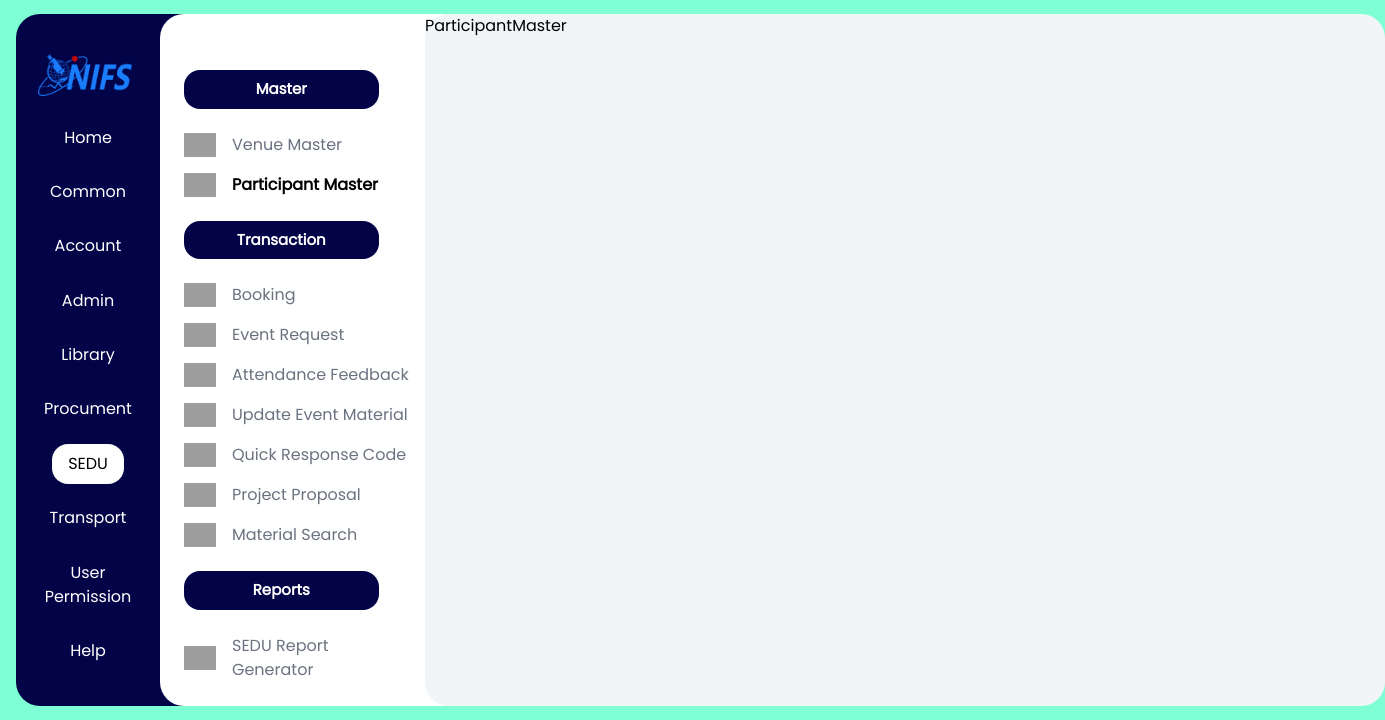
Repository: virangaj/NIFS-WebApp
Page: /sedu/participant-master (app in client/)
These files come from the project's save history. The page is drawn as it stood at one moment and after the next save; the edit follows.
The browser window is 1280 px wide. The page is 1385 px wide, so the pictures cover 1385 px, including what lies to the right of the window. The pictures show the whole page.
Pictures or frames that could not be fetched are drawn as grey boxes. The project was rebuilt for these pictures with package versions that can differ from the ones it lists, and the page was loaded fresh each time. Also part of the build but not shown: client/src/pages/Login.tsx, client/src/pages/Home.tsx, client/src/components/Transport/shared/TransportNavbar.js, client/src/pages/TransportMainPage.tsx, client/src/pages/CommonMainPage.tsx, client/src/pages/AccountMainPage.tsx, client/src/pages/AdminMainPage.tsx, client/src/pages/LibraryMainPage.js and 14 more.

Above is the page before, as saved 2022-07-31 00:21:20.

### client/public/index.html
<!DOCTYPE html>
<html lang="en">
	<head>
		<meta charset="utf-8" />
		<link rel="icon" href="nifs_logo.png" />
		<meta name="viewport" content="width=device-width, initial-scale=1" />
		<meta name="theme-color" content="#000000" />
		<meta
			name="description"
			content="Web site created using create-react-app"
		/>
		<link rel="apple-touch-icon" href="%PUBLIC_URL%/logo192.png" />
		<!--
      manifest.json provides metadata used when your web app is installed on a
      user's mobile device or desktop. See https://developers.google.com/web/fundamentals/web-app-manifest/
    -->
		<link rel="manifest" href="%PUBLIC_URL%/manifest.json" />
		<!--
      Notice the use of %PUBLIC_URL% in the tags above.
      It will be replaced with the URL of the `public` folder during the build.
      Only files inside the `public` folder can be referenced from the HTML.

      Unlike "/favicon.ico" or "favicon.ico", "%PUBLIC_URL%/favicon.ico" will
      work correctly both with client-side routing and a non-root public URL.
      Learn how to configure a non-root public URL by running `npm run build`.
    -->
		<link
			href="https://fonts.googleapis.com/css?family=Poppins"
			rel="stylesheet"
		/>
		<title>NIFS Dashboard</title>
	</head>
	<body>
		<noscript>You need to enable JavaScript to run this app.</noscript>
		<div id="root"></div>
		<!--
      This HTML file is a template.
      If you open it directly in the browser, you will see an empty page.

      You can add webfonts, meta tags, or analytics to this file.
      The build step will place the bundled scripts into the <body> tag.

      To begin the development, run `npm start` or `yarn start`.
      To create a production bundle, use `npm run build` or `yarn build`.
    -->
	</body>
</html>

### client/src/index.css
@tailwind base;
@tailwind components;
@tailwind utilities;

* {
  margin: 0;
}

body {
  font-family: 'Poppins';
  -webkit-font-smoothing: antialiased;
  -moz-osx-font-smoothing: grayscale;
  background-color: #dfe7ee;

}

::-webkit-scrollbar {
  display: none;
}


:root {
  --main-navbar-back: #030347;
  --nav-title-section-back: rgba(47, 163, 72, 0.589);
  --white: #fff;
  --black: #000;
  --gray: rgba(68, 68, 68, 0.432);
  --border-radius: 10px;
  --pimary: rgb(10, 94, 133);
  --warning: #ed3d63;
  --secondary-nav-color: rgb(255, 255, 255);
  --body-content-bg: #f2f5f8;
}


.nav-logo {
  width: 100px;
  height: auto;
  margin-bottom: 2vh;
}

a {
  text-decoration: none;
}



/* main navbar */
.main-nav-bg {
  background-color: var(--main-navbar-back) !important;
}

.main-navbar {
  background-color: var(--main-navbar-back) !important;
  width: 100% !important;
  height: 80px !important;

}

/* secondary navbar */

.sec-nav-bg {
  background-color: var(--secondary-nav-color);
}

.secondary-navbar {
  margin: auto;
}

.nav-flex-section {
  display: -webkit-flex;
  display: -ms-flexbox;
  display: flex;
  -webkit-flex-wrap: wrap;
  -ms-flex-wrap: wrap;
  flex-wrap: wrap;
  justify-content: center;
}

.nav-flex-inside {
  margin-left: 5px;
  margin-left: 5px;
}

.nav-title {
  font-size: 15px;
  text-align: center;
  color: var(--white);
  font-weight: 600;

}

.nav-title-section {
  /* border-radius: var(--border-radius);
  background-color: var(--nav-title-section-back);
  box-shadow: rgba(100, 100, 111, 0.2) 0px 7px 29px 0px;
  pointer-events: none;
  margin-left: 10px;
  margin-left: 10px; */
  background-color: var(--main-navbar-back);
}

.nav-icon {
  width: 40px;
}

.nav-link {
  display: flex;
  display: -webkit-flex;
  display: -ms-flexbox;
  flex-direction: column;
  align-items: center;
  font-size: 14px;
  margin-left: 5px;
  margin-right: 5px;
  border: none;
  box-shadow: rgba(100, 100, 111, 0.2) 0px 7px 29px 0px;
  padding: 4px 8px 6px 8px;
  margin-bottom: 10px;
  text-align: center;
  width: 125px;
  border-radius: var(--border-radius);
  background-color: var(--white);
  outline: none;
  min-height: 120px;
}

.nav-link:hover {
  color: var(--pimary);
  cursor: pointer;
  box-shadow: rgba(81, 146, 177, 0.2) 0px 7px 29px 0px;
  background-color: rgb(254, 255, 205);
  border-bottom: 2px solid var(--warning);
}


.nav-link:active {
  color: var(--pimary);
  cursor: pointer;
  box-shadow: rgba(81, 146, 177, 0.2) 0px 7px 29px 0px;
  background-color: rgb(205, 248, 255);
  border-bottom: 2px solid var(--warning);
}

.nav-link-active {
  color: var(--pimary);
  cursor: pointer;
  box-shadow: rgba(81, 146, 177, 0.2) 0px 7px 29px 0px;
  background-color: rgb(205, 248, 255);
  border-bottom: 2px solid var(--warning);
}

/* body content*/
.body-content {
  margin: auto;
  width: 90%;
  margin-top: 12vh;

}

/* main page content */
.main-content {
  width: 90%;
  margin: auto;
  margin-top: 20px;
}

/* sub page content */

.sub-body-content {
  border: 2px solid var(--gray);
  border-radius: var(--border-radius);
  padding: 10px;
}

.sub-body-title {
  font-size: 24px;
}



/* error page */
.error-page {
  border: 2px solid var(--gray);
  border-radius: var(--border-radius);
  height: 50vh;
  width: 50vw;
  margin: auto;
  margin-top: 50px;
}

.error-page-content {
  display: flex;
  flex-direction: column;
  align-items: center;
  text-align: center !important;
  margin-top: 50px;
}

.error-page-content h1 {
  font-size: 100px;
  color: var(--warning);
  font-weight: 700;
  pointer-events: none;

}

.error-page-content p {
  font-size: 20px;
  margin-bottom: 20px;
  pointer-events: none;
}


@media screen and (max-width: 1366px) {
  body {
    background-color: aquamarine;
  }

  .nav-link {
    font-size: 12px;
    padding: 4px 4px 6px 4px;
    width: 100px;
    min-height: 100px;
  }

  .nav-icon {
    width: 35px;
  }
}

### client/src/App.tsx
import React, { useEffect } from 'react';
import Navbar from './components/shared/Navbar';
import Login from './pages/Login'
import { BrowserRouter as Router, Route, Routes } from 'react-router-dom'
import Home from './pages/Home';
import TransportMainPage from './pages/TransportMainPage';
import CommonMainPage from './pages/CommonMainPage';
import AccountMainPage from './pages/AccountMainPage';
import AdminMainPage from './pages/AdminMainPage';
import LibraryMainPage from './pages/LibraryMainPage';
import ProcumentMainPage from './pages/ProcumentMainPage';
import SeduMainPage from './pages/SeduMainPage';
import UserPermissionMainPage from './pages/UserPermissionMainPage';
import NotificationMainPage from './pages/NotificationMainPage';
import HelpMainPage from './pages/HelpMainPage';
import ErrorPage from './pages/ErrorPage';
import VerticalMainNavbar from './components/shared/VerticalMainNavbar';


function App() {


  return (
    <div className='w-[98%] flex mx-auto flex-col h-[100vh]'>
      <Router>
        {/* <Navbar /> */}
        <div>
          <VerticalMainNavbar />
        </div>
        <div className='overflow-y-scroll ml-4 scroll-bar'>
          <Routes>
            <Route path="/login" element={<Login />} />
            <Route path="/" element={<Home />} />
            <Route path="/common/*" element={<CommonMainPage />} />
            <Route path="/account/*" element={<AccountMainPage />} />
            <Route path="/admin/*" element={<AdminMainPage />} />
            <Route path="/library/*" element={<LibraryMainPage />} />
            <Route path="/procument/*" element={<ProcumentMainPage />} />
            <Route path="/sedu/*" element={<SeduMainPage />} />
            <Route path="/transport/*" element={<TransportMainPage />} />
            <Route
              path="/user-permission/*"
              element={<UserPermissionMainPage />}
            />
            <Route
              path="/notification/*"
              element={<NotificationMainPage />}
            />
            <Route path="/help/*" element={<HelpMainPage />} />
            <Route path="/error-404" element={<ErrorPage />} />
          </Routes>
        </div>


      </Router>
    </div>
  );
}

export default App;

### client/src/pages/SeduMainPage.tsx
import React from 'react';
import { Route, Routes } from 'react-router-dom';
import AttendanceFeedback from '../components/sedu/AttendanceFeedback';
import EventRequest from '../components/sedu/EventRequest';
import MaterialSearch from '../components/sedu/MaterialSearch';
import ParticipantMaster from '../components/sedu/ParticipantMaster';
import ProjectProposal from '../components/sedu/ProjectProposal';
import QuickResponseCode from '../components/sedu/QuickResponseCode';
import SeduBooking from '../components/sedu/SeduBooking';
import SeduReportGenerator from '../components/sedu/SeduReportGenerator';
import SeduSecondaryNavbar from '../components/sedu/shared/SeduSecondaryNavbar';
import UpdateEventMaterial from '../components/sedu/UpdateEventMaterial';
import VenueMaster from '../components/sedu/VenueMaster';
import SecondaryNavbar from '../components/shared/SecondaryNavbar';
import Pages from '../components/data/SeduNavData.json'
import VerticalSecondaryNavbar from '../components/shared/VerticalSecondaryNavbar';

import Dots from '../images/dots_circle_b.png'




// sedu main page where all other section of sedu department can be access from here
function SeduMainPage() {
	// console.log(Pages);


	return (

		<div >
			{/* <SeduSecondaryNavbar /> */}
			{/* <SecondaryNavbar pages={Pages} /> */}
			{/* <div className="main-content"> */}
			<div className='secondary-nav-position'>
				<VerticalSecondaryNavbar pages={Pages} />
			</div>
			<div className='absolute left-[425px] top-[2vh] bg-body-content-bg w-[75vw] h-[96vh] rounded-3xl'>
				<Routes>
					<Route path="/venue-master" element={<VenueMaster />} />
					<Route path="/participant-master" element={<ParticipantMaster />} />
					<Route path="/booking" element={<SeduBooking />} />
					<Route path="/event-request" element={<EventRequest />} />
					<Route path="/attendance-feedback" element={<AttendanceFeedback />} />
					<Route path="/update-material" element={<UpdateEventMaterial />} />
					<Route path="/quick-response" element={<QuickResponseCode />} />
					<Route path="/project-proposal" element={<ProjectProposal />} />
					<Route path="/material-search" element={<MaterialSearch />} />
					<Route path="/report-generator" element={<SeduReportGenerator />} />

				</Routes>
			</div>
		</div >);
}

export default SeduMainPage;

### client/src/components/shared/VerticalMainNavbar.tsx
import { Button } from '@mui/material'
import React from 'react'
import { Link, useLocation } from 'react-router-dom'
import Pages from '../data/MainNavPages.json'
import { HiMenuAlt2 } from "react-icons/hi";
import Logo from '../../images/nifs_logo.png'


function VerticalMainNavbar() {

    const location: any = useLocation();

    return (
        <>
            <div className='fixed left-0 w-48 top-[2vh] main-nav-bg ml-4 rounded-l-3xl'>
                <div className='h-[96vh] w-36 flex flex-col items-center py-10 px-2'>
                    <Link to='/'>
                        <img src={Logo} alt="logo" className="nav-logo" />
                    </Link>
                    {Pages.map((page, index) => (
                        location.pathname.split('/')[1] === page.link.split('/')[1] ?
                            <Link to={page.link} style={{ textDecoration: 'none' }} key={index}>
                                <button className='bg-white my-[1vh] px-4 py-2 rounded-2xl text-black'>
                                    {page.title}
                                </button>
                            </Link>
                            :
                            <Link to={page.link} style={{ textDecoration: 'none' }} key={index}>
                                <button className='my-[1vh] px-4 py-2 rounded-2xl text-white'>

                                    {page.title}
                                </button>
                            </Link>
                    ))}
                </div>
            </div>
            {/* <div className='fixed left-0 w-24 top-[2vh] visible md:invisible main-nav-bg ml-2 rounded-l-3xl'>
                <div className='h-[96vh] w-20 flex flex-col items-center py-10 px-2'>
                    <p className='text-white text-2xl cursor-pointer'>

                        <HiMenuAlt2 />
                    </p>


                </div>
            </div> */}
        </>
    )
}

export default VerticalMainNavbar

### client/src/components/shared/VerticalSecondaryNavbar.tsx
import React from 'react'
import Box from '@mui/material/Box';
import { Link, useLocation } from 'react-router-dom';
import Employees from '../data/Employee.json';

function VerticalSecondaryNavbar(props: any) {
    console.log(props.pages)
    const location = useLocation();
    const user = Employees[0];
    // const isAdmin: Boolean = user.deparment.toUpperCase() === location.pathname.split('/')[1].toUpperCase() && user.admin === true;
    const isAdmin: Boolean = true;

    console.log(isAdmin)
    const pages: any = props.pages;
    return (
        <div className='fixed left-0 w-72 top-[2vh] sec-nav-bg ml-40 rounded-l-3xl'>
            <div className='h-[96vh] w-[90%] flex flex-col items-start ml-4 py-10 px-2'>

                {pages.map((content: any, index: number) =>
                    <>
                        <div className='my-4 w-[80%] py-2 px-4 rounded-2xl nav-title-section'>
                            <p className='nav-title'>{content.section}</p>
                        </div>
                        {content.routes.map((page: any, i: number) => (
                            isAdmin ? <Link to={page.link} key={i}>
                                <div className='flex items-center'>
                                    <img src={page.img} alt={page.title} className='w-8' />
                                    <button className={location.pathname === page.link ? 'px-4 py-2 rounded-2xl text-black font-semibold text-left hover:text-blue-500 hover:font-semibold' : 'text-gray-500 px-4 py-2 text-left hover:text-blue-500 hover:font-semibold'}>{page.title}</button>
                                </div>
                            </Link> : (!page.only_admin ? <Link to={page.link} key={i}>
                                <div className='flex items-center'>
                                    <img src={page.img} alt={page.title} className='w-8' />
                                    <button className={location.pathname === page.link ? 'px-4 py-2 rounded-2xl text-black font-semibold text-left hover:text-blue-500 hover:font-semibold' : 'text-gray-500 px-4 py-2 text-left hover:text-blue-500 hover:font-semibold'}>{page.title}</button>
                                </div>
                            </Link> : "")
                        ))}
                    </>

                )}

            </div>

        </div>
    )
}

export default VerticalSecondaryNavbar

### client/src/components/sedu/ParticipantMaster.tsx
import React from 'react'

function ParticipantMaster() {
    return (
        <div>ParticipantMaster</div>
    )
}

export default ParticipantMaster

### client/src/components/data/SeduNavData.json
[
    {
        "section": "Master",
        "only_admin": false,
        "routes": [
            {
                "title": "Venue Master",
                "link": "/sedu/venue-master",
                "img": "https://img.icons8.com/fluency/50/000000/home.png",
                "only_admin": false
            },
            {
                "title": "Participant Master",
                "link": "/sedu/participant-master",
                "img": "https://img.icons8.com/fluency/50/000000/conference-foreground-selected.png",
                "only_admin": false
            }
        ]
    },
    {
        "section": "Transaction",
        "only_admin": false,
        "routes": [
            {
                "title": "Booking",
                "link": "/sedu/booking",
                "img": "https://img.icons8.com/fluency/50/000000/calendar-plus.png",
                "only_admin": false
            },
            {
                "title": "Event Request",
                "link": "/sedu/event-request",
                "img": "https://img.icons8.com/fluency/50/000000/invite.png",
                "only_admin": false
            },
            {
                "title": "Attendance Feedback",
                "link": "/sedu/attendance-feedback",
                "img": "https://img.icons8.com/fluency/50/000000/feedback-hub.png",
                "only_admin": false
            },
            {
                "title": " Update Event Material",
                "link": "/sedu/update-material",
                "img": "https://img.icons8.com/fluency/50/000000/available-updates.png",
                "only_admin": false
            },
            {
                "title": "Quick Response Code",
                "link": "/sedu/quick-response",
                "img": "https://img.icons8.com/fluency/50/000000/barcode-scanner.png",
                "only_admin": false
            },
            {
                "title": "Project Proposal",
                "link": "/sedu/project-proposal",
                "img": "https://img.icons8.com/fluency/50/000000/documents.png",
                "only_admin": false
            },
            {
                "title": "Material Search",
                "link": "/sedu/material-search",
                "img": "https://img.icons8.com/fluency/50/000000/search.png",
                "only_admin": false
            }
        ]
    },
    {
        "section": "Reports",
        "only_admin": true,
        "routes": [
            {
                "title": "SEDU Report Generator",
                "link": "/sedu/report-generator",
                "img": "https://img.icons8.com/cute-clipart/50/000000/load-from-file.png",
                "only_admin": true
            }
        ]
    }
]

### client/src/components/data/MainNavPages.json
[
    {
        "id": 0,
        "title": "Home",
        "link": "/"
    },
    {
        "id": 1,
        "title": "Common",
        "link": "/common"
    },
    {
        "id": 2,
        "title": "Account",
        "link": "/account"
    },
    {
        "id": 3,
        "title": "Admin",
        "link": "/admin"
    },
    {
        "id": 4,
        "title": "Library",
        "link": "/library"
    },
    {
        "id": 5,
        "title": "Procument",
        "link": "/procument"
    },
    {
        "id": 6,
        "title": "SEDU",
        "link": "/sedu"
    },
    {
        "id": 7,
        "title": "Transport",
        "link": "/transport"
    },
    {
        "id": 8,
        "title": "User Permission",
        "link": "/user-permission"
    },
    {
        "id": 10,
        "title": "Help",
        "link": "/help"
    }
]

### client/src/components/data/Employee.json
[
    {
        "id": 0,
        "value": "Mr. Kamal",
        "admin": true,
        "deparment": "Transpoort"
    },
    {
        "id": 1,
        "value": "Mr. Sunil",
        "admin": true,
        "deparment": "SEDU"
    },
    {
        "id": 2,
        "value": "Mr. Kusal",
        "admin": false,
        "deparment": "Transpoort"
    },
    {
        "id": 3,
        "value": "Mrs. Nayana",
        "admin": false,
        "deparment": "SEDU"
    },
    {
        "id": 4,
        "value": "Miss Rashmi",
        "admin": false,
        "deparment": "Transpoort"
    }
]

### client/tailwind.config.js
/** @type {import('tailwindcss').Config} */
module.exports = {
	content: ['./src/**/*.{js,jsx,ts,tsx}'],
	theme: {
		extend: {
			colors: {
				'body-content-bg': 'var(--body-content-bg)',
			},
		},
	},
	plugins: [],
};

Loaded but not shown: client/src/index.tsx (common file); client/src/reportWebVitals.ts (common file)

After the next save:
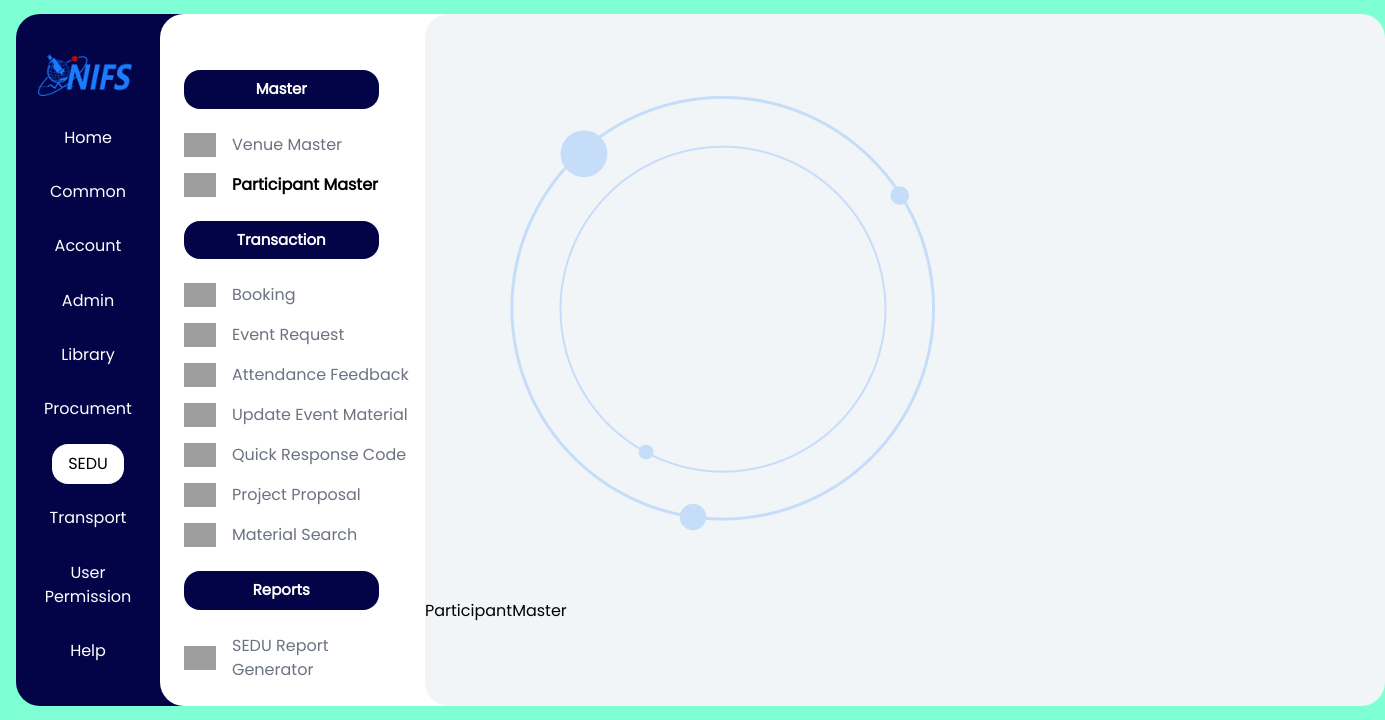
Saved 23 s later.
--- a/client/src/pages/SeduMainPage.tsx
+++ b/client/src/pages/SeduMainPage.tsx
@@ -35,6 +35,7 @@ function SeduMainPage() {
 				<VerticalSecondaryNavbar pages={Pages} />
 			</div>
 			<div className='absolute left-[425px] top-[2vh] bg-body-content-bg w-[75vw] h-[96vh] rounded-3xl'>
+				<img src={Dots} alt="Dots" />
 				<Routes>
 					<Route path="/venue-master" element={<VenueMaster />} />
 					<Route path="/participant-master" element={<ParticipantMaster />} />
